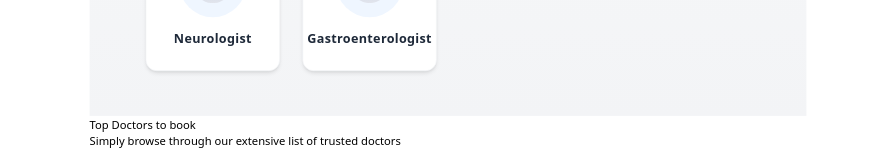
Repository: Pran2535/appointement_booking
Page: / (app in frontend/)
An editor plug-in stored every save of this project. The page is shown before and after the next save, followed by the edit.
The browser window is 1280 px wide. The pictures show the part of the page from y = 1291 to 3211 px (the page is 1505 px tall before and 6102 px after), at 70% of full size.
The project was rebuilt for these pictures with package versions that can differ from the ones it lists, and the page was loaded fresh each time. Also part of the build but not shown: frontend/vite.config.js, frontend/src/pages/About.jsx, frontend/src/pages/MyAppointments.jsx, frontend/src/pages/Doctors.jsx, frontend/src/pages/Login.jsx, frontend/src/pages/Contact.jsx, frontend/src/pages/MyProfile.jsx, frontend/src/pages/Appointment.jsx.

Above is the page before, as saved 2025-02-16 21:31:48.

After the next save:
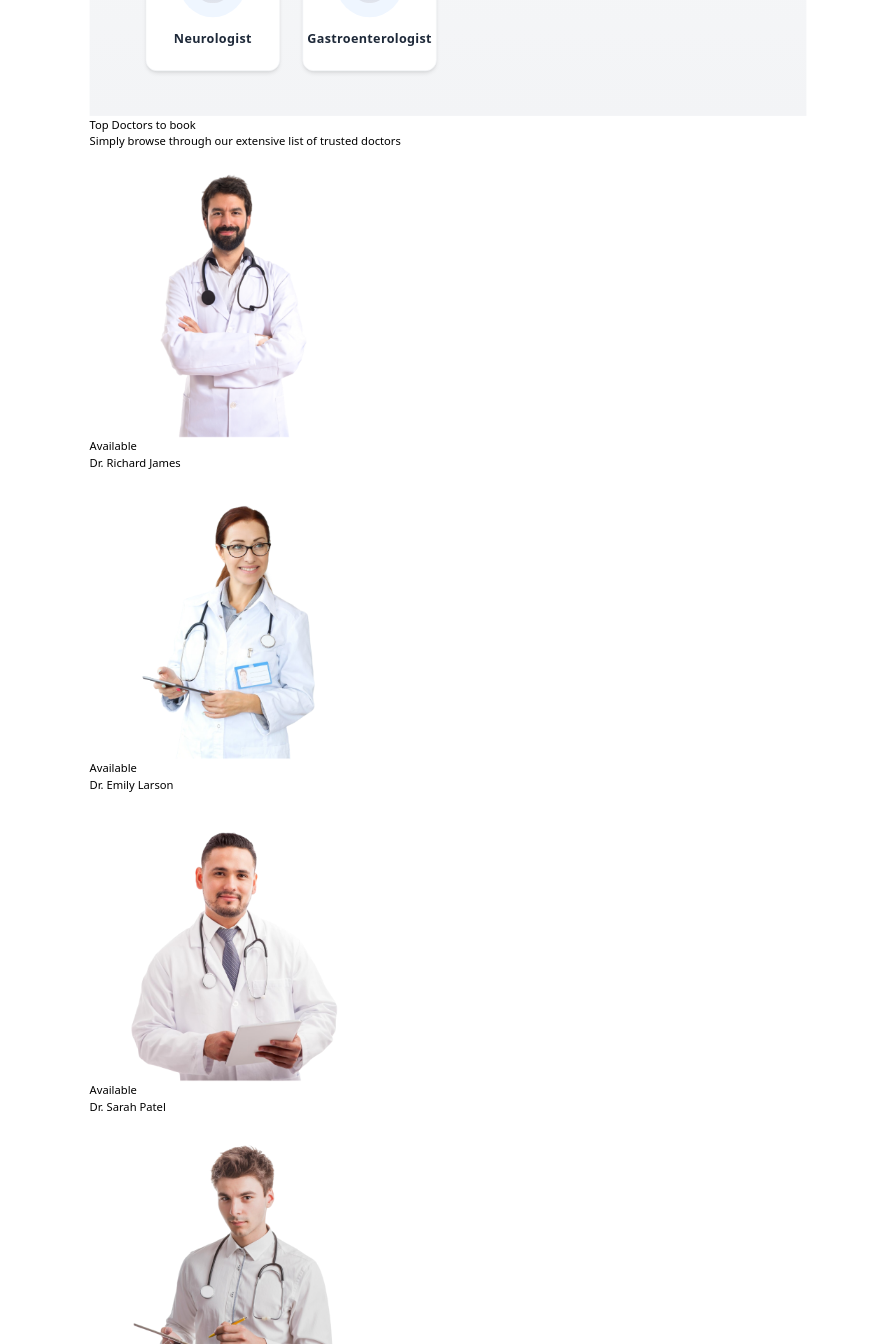
Saved 3 min 45 s later.
--- a/frontend/src/components/TopDoctors.jsx
+++ b/frontend/src/components/TopDoctors.jsx
@@ -1,10 +1,22 @@
 import React from 'react'
+import { doctors } from '../assets/assets'
 
 const TopDoctors = () => {
   return (
     <div>
       <h1>Top Doctors to book</h1>
       <p>Simply browse through our extensive list of trusted doctors</p>
+      <div className="">
+        {doctors.slice(0,10).map((item, index)=>(
+         <div className="">
+            <img src={item.image} alt="" />
+            <div className="">
+                <p></p> <p>Available</p>
+            </div>
+            <p>{item.name}</p>
+         </div>
+        ))}
+      </div>
     </div>
   )
 }
